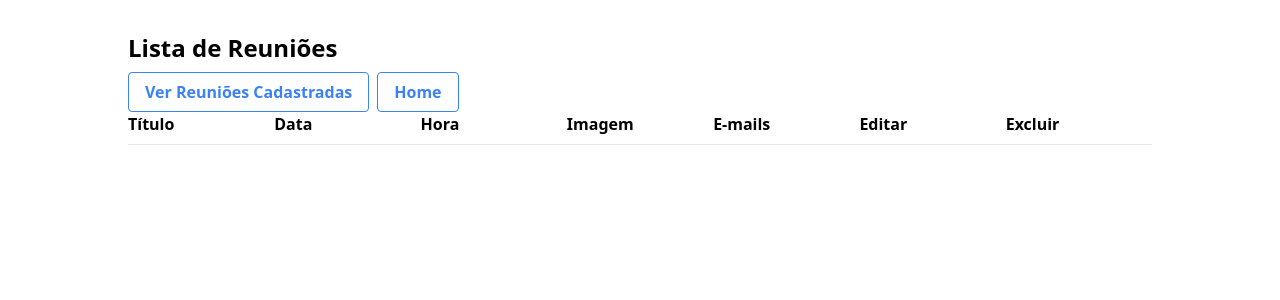
Repository: TamiBeira/meeting
Page: /meetings
These files come from the project's save history. The page is drawn as it stood at one moment and after the next save; the edit follows.
The browser window is 1280 px wide. The pictures show the whole page.
The project was rebuilt for these pictures with package versions that can differ from the ones it lists, and the page was loaded fresh each time. Also part of the build but not shown: vite.config.ts, src/contexts/FormContext.tsx, src/components/Form.tsx, src/components/HomePage.tsx.

Above is the page before, as saved 2024-02-26 23:40:07.

### index.html
<!doctype html>
<html lang="pt">
  <head>
    <meta charset="UTF-8" />
    <meta name="viewport" content="width=device-width, initial-scale=1.0" />
    <title>Meeting</title>
  </head>
  <body>
    <div id="root"></div>
    <script type="module" src="/src/main.tsx"></script>
  </body>
</html>

### src/app.tsx
import { BrowserRouter as Router, Routes, Route } from 'react-router-dom';
import { FormProvider } from './contexts/FormContext';
import { MeetingsProvider } from './contexts/MeetingsContext';
import { Form } from './components/Form';
import { MeetingsView } from './components/MeetingsView';
import { HomePage } from './components/HomePage';

export const App = () => {
  return (
    <Router>
      <Routes>
        <Route path="/" element={<HomePage />} />
        <Route path="/form" element={<FormProvider><Form /></FormProvider>} />
        <Route path="/meetings" element={<MeetingsProvider><MeetingsView /></MeetingsProvider>} />
      </Routes>
    </Router>
  );
};

### src/contexts/MeetingsContext.tsx
import React, { createContext, useState, useEffect, useContext } from 'react';
import { toast } from 'react-toastify';

export interface Meeting {
  title: string;
  data: string;
  hora: string;
  imagem?: string; // Tornando a propriedade imagem opcional
  imagemPath?: string;
  emails: string[];
}

interface MeetingsContextType {
  meetings: Meeting[];
  editableIndex: number | null;
  editedMeeting: Meeting;
  handleEdit: (index: number) => void;
  handleSave: () => void;
  handleDelete: (index: number) => void;
  handleInputChange: (event: React.ChangeEvent<HTMLInputElement>, key: string) => void;
}

interface MeetingContextProviderProps {
  children: React.ReactNode;
}

const MeetingsContext = createContext<MeetingsContextType | undefined>(undefined);

export const useMeetingsContext = () => {
  const context = useContext(MeetingsContext);
  if (!context) {
    throw new Error('useMeetingsContext must be used within a MeetingsProvider');
  }
  return context;
};

export const MeetingsProvider: React.FC<MeetingContextProviderProps> = ({ children }) => {
  const [meetings, setMeetings] = useState<Meeting[]>([]);
  const [editableIndex, setEditableIndex] = useState<number | null>(null);
  const [editedMeeting, setEditedMeeting] = useState<Meeting>({
    title: '',
    data: '',
    hora: '',
    emails: [],
  });

  useEffect(() => {
    const storedMeetings = localStorage.getItem('meetingData');
    if (storedMeetings) {
      setMeetings(JSON.parse(storedMeetings));
    }
  }, []);

  const handleEdit = (index: number) => {
    setEditableIndex(index);
    setEditedMeeting(meetings[index]);
    toast.success('Reunião editada com sucesso!');
  };

  const handleSave = () => {
    if (editableIndex === null) return;

    const updatedMeetings = [...meetings];
    updatedMeetings[editableIndex] = editedMeeting;
    setMeetings(updatedMeetings);
    localStorage.setItem('meetingData', JSON.stringify(updatedMeetings));
    setEditableIndex(null);
    setEditedMeeting({
      title: '',
      data: '',
      hora: '',
      emails: [],
    });
    toast.success('Reunião salva com sucesso!');
  };

  const handleDelete = (index: number) => {
    const confirmDelete = window.confirm('Tem certeza que deseja excluir esta reunião?');
    if (confirmDelete) {
      const updatedMeetings = [...meetings];
      updatedMeetings.splice(index, 1);
      setMeetings(updatedMeetings);
      localStorage.setItem('meetingData', JSON.stringify(updatedMeetings));
      toast.success('Reunião excluída com sucesso!');
    }
  };

  const handleInputChange = (event: React.ChangeEvent<HTMLInputElement>, key: string) => {
    setEditedMeeting({ ...editedMeeting, [key]: event.target.value });
  };

  const contextValue: MeetingsContextType = {
    meetings,
    editableIndex,
    editedMeeting,
    handleEdit,
    handleSave,
    handleDelete,
    handleInputChange,
  };

  return (
    <MeetingsContext.Provider value={contextValue}>
      {children}
    </MeetingsContext.Provider>
  );
};

### src/components/MeetingsView.tsx
import React from 'react';
import { Link } from 'react-router-dom';
import { ToastContainer } from 'react-toastify';
import { FaEdit, FaTrash } from 'react-icons/fa';
import { useMeetingsContext } from '../contexts/MeetingsContext';

export const MeetingsView: React.FC = () => {
  const {
    meetings,
    editableIndex,
    editedMeeting,
    handleEdit,
    handleSave,
    handleDelete,
    handleInputChange,
  } = useMeetingsContext();

  const handleImageChange = (e: React.ChangeEvent<HTMLInputElement>) => {
    const file = e.target.files && e.target.files[0];
    if (file) {
      const reader = new FileReader();
      reader.onloadend = () => {
        const imageDataUrl = reader.result as string;
        handleInputChange({ target: { value: imageDataUrl } } as React.ChangeEvent<HTMLInputElement>, 'imagem');
      };
      reader.readAsDataURL(file);
    }
  };

  return (
    <div className="max-w-5xl mx-auto mt-8">
      <h2 className="text-2xl font-bold mb-4">Lista de Reuniões</h2>
      <div className="mt-4">
      <Link to="/form" className="border border-solid border-blue-500 text-blue-500 font-bold mr-2 px-4 py-2 rounded">Ver Reuniões Cadastradas</Link>
      <Link to="/" className="border border-solid border-blue-500 text-blue-500 font-bold px-4 py-2 rounded">Home</Link>
      </div>
      <ul>
        <li className="border-b border-gray-200 py-2 flex sm:flex-row font-semibold">
          <div className="w-1/5">Título</div>
          <div className="w-1/5">Data</div>
          <div className="w-1/5">Hora</div>
          <div className="w-1/5">Imagem</div>
          <div className="w-1/5">E-mails</div>
          <div className="w-1/5">Editar</div>
          <div className="w-1/5">Excluir</div>
        </li>
        {meetings.map((meeting, index) => (
          <li key={index} className="border-b border-gray-200 py-4 flex flex-col sm:flex-row justify-center items-center">
            {editableIndex === index ? (
              <>
                <input
                  type="text"
                  value={editedMeeting.title}
                  onChange={(e) => handleInputChange(e, 'title')}
                  className="mb-2 sm:mb-0 mr-4 px-4 py-2 border rounded-md shadow-sm focus:outline-none focus:ring-blue-500 focus:border-blue-500 max-w-28"
                  placeholder="Título"
                />
                <input
                  type="date"
                  value={editedMeeting.data}
                  onChange={(e) => handleInputChange(e, 'data')}
                  className="mb-2 sm:mb-0 mr-4 px-4 py-2 border rounded-md shadow-sm focus:outline-none focus:ring-blue-500 focus:border-blue-500"
                />
                <input
                  type="time"
                  value={editedMeeting.hora}
                  onChange={(e) => handleInputChange(e, 'hora')}
                  className="mb-2 sm:mb-0 mr-4 px-4 py-2 border rounded-md shadow-sm focus:outline-none focus:ring-blue-500 focus:border-blue-500"
                />
                <div className="flex items-center w-1/5">
                  <input
                    type="file"
                    accept="image/*"
                    onChange={handleImageChange}
                    className="hidden"
                    id="input-image"
                  />
                  <label htmlFor="input-image" className="cursor-pointer mr-2">Escolher</label>
                  {editedMeeting.imagem && (
                    <img src={editedMeeting.imagem} alt="Imagem da reunião" className="max-w-xs h-12" />
                  )}
                </div>
                <input
                  type="text"
                  value={editedMeeting.emails.join(', ')}
                  onChange={(e) => handleInputChange(e, 'emails')}
                  className="mb-2 sm:mb-0 mr-4 px-4 py-2 border rounded-md shadow-sm focus:outline-none focus:ring-blue-500 focus:border-blue-500 w-64"
                  placeholder="E-mails"
                />
                <div>
                  <button
                    onClick={handleSave}
                    className="bg-green-500 hover:bg-green-700 text-white font-bold py-2 px-4 mr-2 rounded"
                  >
                    Salvar
                  </button>
                </div>
              </>
            ) : (
              <>
                <div className="w-1/5">{meeting.title}</div>
                <div className="w-1/5">{meeting.data}</div>
                <div className="w-1/5">{meeting.hora}</div>
                <div className="w-1/5">
                  <img src={meeting.imagem} alt="Imagem da reunião" width={50} height={50} className="max-w-xs mx-auto mt-2" />
                </div>
                <div className="w-1/5">{Array.isArray(meeting.emails) ? meeting.emails.join(', ') : ''}</div>
                <div className="w-1/5">
                  <button
                    onClick={() => handleEdit(index)}
                    className="text-blue-500 font-bold"
                  >
                    <FaEdit className="inline-block mr-1" />
                  </button>
                </div>
                <div className='w-1/5 justify-center'>
                  <button
                    onClick={() => handleDelete(index)}
                    className="text-red-500 font-bold"
                  >
                    <FaTrash className="inline-block mr-1" />
                  </button>
                </div>
              </>
            )}
          </li>
        ))}
      </ul>
      <ToastContainer />
    </div>
  );
};

### tailwind.config.js
/** @type {import('tailwindcss').Config} */
export default {
  content: [
    "./index.html",
    "./src/**/*.tsx",
  ],
  theme: {
    extend: {},
  },
  plugins: [],
}

Loaded but not shown: src/main.tsx (common file); src/index.css (common file)

After the next save:
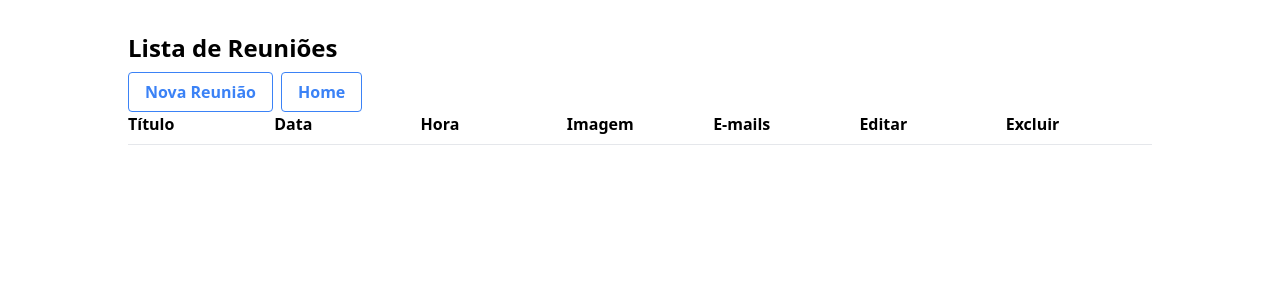
Saved 15 s later.
--- a/src/components/MeetingsView.tsx
+++ b/src/components/MeetingsView.tsx
@@ -31,7 +31,7 @@ export const MeetingsView: React.FC = () => {
     <div className="max-w-5xl mx-auto mt-8">
       <h2 className="text-2xl font-bold mb-4">Lista de Reuniões</h2>
       <div className="mt-4">
-      <Link to="/form" className="border border-solid border-blue-500 text-blue-500 font-bold mr-2 px-4 py-2 rounded">Ver Reuniões Cadastradas</Link>
+      <Link to="/form" className="border border-solid border-blue-500 text-blue-500 font-bold mr-2 px-4 py-2 rounded">Nova Reunião</Link>
       <Link to="/" className="border border-solid border-blue-500 text-blue-500 font-bold px-4 py-2 rounded">Home</Link>
       </div>
       <ul>
